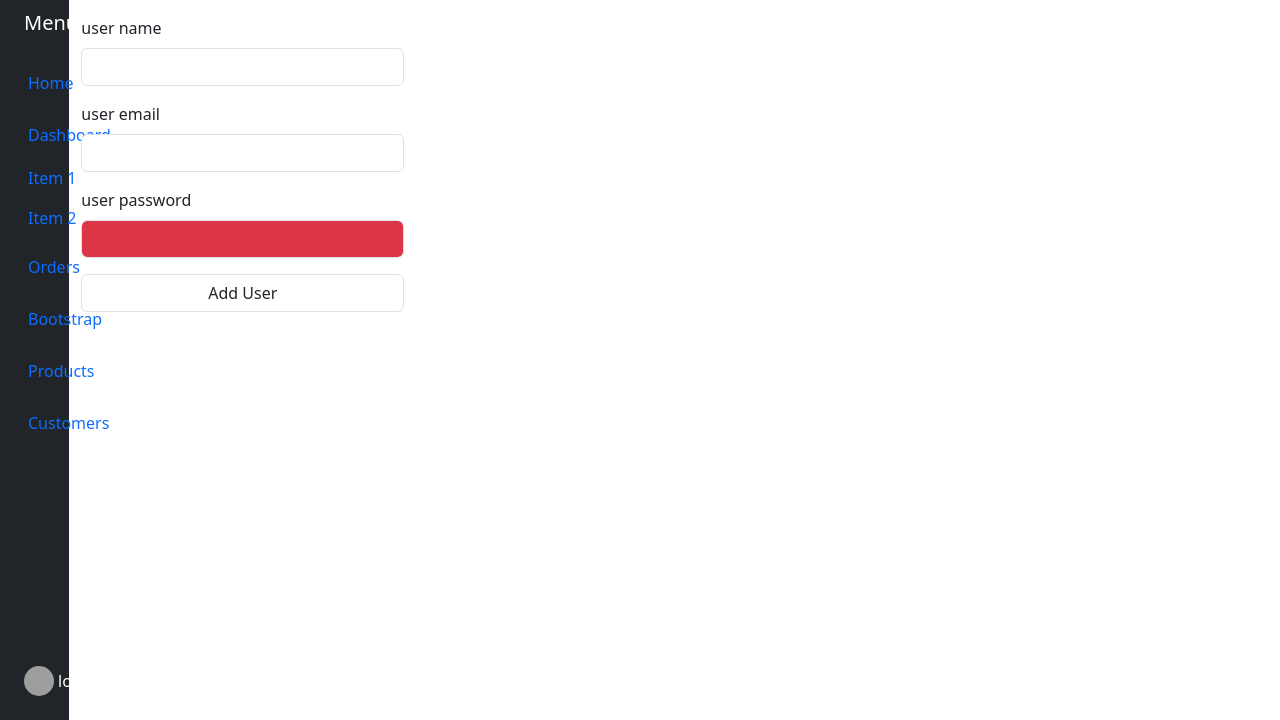
Repository: HadelAbdellatif/ReactApp3
Page: /user/create
These files come from the project's save history. The page is drawn as it stood at one moment and after the next save; the edit follows.
The browser window is 1280 px wide. The pictures show the whole page.
Pictures or frames that could not be fetched are drawn as grey boxes. The project was rebuilt for these pictures with package versions that can differ from the ones it lists, and the page was loaded fresh each time. Also part of the build but not shown: vite.config.js, src/components/users/Index.jsx.

Above is the page before, as saved 2023-11-08 18:24:51.

### src/main.jsx
import React from 'react'
import ReactDOM from 'react-dom/client'
import { BrowserRouter } from 'react-router-dom'
import '../node_modules/bootstrap/dist/css/bootstrap.min.css'
import '../node_modules/bootstrap/dist/js/bootstrap.bundle.min.js'
import { ToastContainer } from 'react-toastify';
import 'react-toastify/dist/ReactToastify.css';


import App from './App.jsx'
import './index.css'

ReactDOM.createRoot(document.getElementById('root')).render(
  <BrowserRouter>
    <ToastContainer />
    <App />
  </BrowserRouter>
)

### src/App.jsx
import React from 'react'
import { Routes, Route} from 'react-router-dom'
import Index from './components/users/Index.jsx'
import Create from './components/users/Create.jsx'

export default function App() {
  return (
    <Routes>
      <Route path='/' />
      <Route path='/user/index' element={<Index />} />
      <Route path='/user/create' element={<Create />} />
    </Routes>
  )
}

### src/components/users/Create.jsx
import axios from 'axios';
import React, { useState } from 'react'
import { useNavigate } from 'react-router-dom';
import { toast } from 'react-toastify';
import Input from '../../shared/Input.jsx';


export default function Create() {

    const navigate = useNavigate();

    let [user, setUser] = useState({
        name: '',
        email: '',
        password: ''
    });


    const handelData = (e) =>{
        const {name, value} = e.target;
        setUser({...user, [name]:value});
        console.log(user);
    }

    const sendData = async(e) =>{
        e.preventDefault();
        const {data} = await axios.post("https://crud-users-gold.vercel.app/users/", user);
        console.log(data);
        if(data.message == 'success'){
            toast.success("user added successfully");
            navigate('/user/index');
        }
    }

    return (
        <div className="container-fluid">
            <div className="row flex-nowrap">
                <div className="col-auto col-md-3 col-xl-2 px-sm-2 px-0 bg-dark">
                    <div className="d-flex flex-column align-items-center align-items-sm-start px-3 pt-2 text-white min-vh-100">
                        <a href="/" className="d-flex align-items-center pb-3 mb-md-0 me-md-auto text-white text-decoration-none">
                            <span className="fs-5 d-none d-sm-inline">Menu</span>
                        </a>
                        <ul className="nav nav-pills flex-column mb-sm-auto mb-0 align-items-center align-items-sm-start" id="menu">
                            <li className="nav-item">
                                <a href="#" className="nav-link align-middle px-0">
                                    <i className="fs-4 bi-house" /> <span className="ms-1 d-none d-sm-inline">Home</span>
                                </a>
                            </li>
                            <li>
                                <a href="#submenu1" data-bs-toggle="collapse" className="nav-link px-0 align-middle">
                                    <i className="fs-4 bi-speedometer2" /> <span className="ms-1 d-none d-sm-inline">Dashboard</span> </a>
                                <ul className="collapse show nav flex-column ms-1" id="submenu1" data-bs-parent="#menu">
                                    <li className="w-100">
                                        <a href="#" className="nav-link px-0"> <span className="d-none d-sm-inline">Item</span> 1 </a>
                                    </li>
                                    <li>
                                        <a href="#" className="nav-link px-0"> <span className="d-none d-sm-inline">Item</span> 2 </a>
                                    </li>
                                </ul>
                            </li>
                            <li>
                                <a href="#" className="nav-link px-0 align-middle">
                                    <i className="fs-4 bi-table" /> <span className="ms-1 d-none d-sm-inline">Orders</span></a>
                            </li>
                            <li>
                                <a href="#submenu2" data-bs-toggle="collapse" className="nav-link px-0 align-middle ">
                                    <i className="fs-4 bi-bootstrap" /> <span className="ms-1 d-none d-sm-inline">Bootstrap</span></a>
                                <ul className="collapse nav flex-column ms-1" id="submenu2" data-bs-parent="#menu">
                                    <li className="w-100">
                                        <a href="#" className="nav-link px-0"> <span className="d-none d-sm-inline">Item</span> 1</a>
                                    </li>
                                    <li>
                                        <a href="#" className="nav-link px-0"> <span className="d-none d-sm-inline">Item</span> 2</a>
                                    </li>
                                </ul>
                            </li>
                            <li>
                                <a href="#submenu3" data-bs-toggle="collapse" className="nav-link px-0 align-middle">
                                    <i className="fs-4 bi-grid" /> <span className="ms-1 d-none d-sm-inline">Products</span> </a>
                                <ul className="collapse nav flex-column ms-1" id="submenu3" data-bs-parent="#menu">
                                    <li className="w-100">
                                        <a href="#" className="nav-link px-0"> <span className="d-none d-sm-inline">Product</span> 1</a>
                                    </li>
                                    <li>
                                        <a href="#" className="nav-link px-0"> <span className="d-none d-sm-inline">Product</span> 2</a>
                                    </li>
                                    <li>
                                        <a href="#" className="nav-link px-0"> <span className="d-none d-sm-inline">Product</span> 3</a>
                                    </li>
                                    <li>
                                        <a href="#" className="nav-link px-0"> <span className="d-none d-sm-inline">Product</span> 4</a>
                                    </li>
                                </ul>
                            </li>
                            <li>
                                <a href="#" className="nav-link px-0 align-middle">
                                    <i className="fs-4 bi-people" /> <span className="ms-1 d-none d-sm-inline">Customers</span> </a>
                            </li>
                        </ul>
                        <hr />
                        <div className="dropdown pb-4">
                            <a href="#" className="d-flex align-items-center text-white text-decoration-none dropdown-toggle" id="dropdownUser1" data-bs-toggle="dropdown" aria-expanded="false">
                                <img src="https://github.com/mdo.png" alt="hugenerd" width={30} height={30} className="rounded-circle" />
                                <span className="d-none d-sm-inline mx-1">loser</span>
                            </a>
                            <ul className="dropdown-menu dropdown-menu-dark text-small shadow">
                                <li><a className="dropdown-item" href="#">New project...</a></li>
                                <li><a className="dropdown-item" href="#">Settings</a></li>
                                <li><a className="dropdown-item" href="#">Profile</a></li>
                                <li>
                                    <hr className="dropdown-divider" />
                                </li>
                                <li><a className="dropdown-item" href="#">Sign out</a></li>
                            </ul>
                        </div>
                    </div>
                </div>
                <div className="col py-3">
                    <form onSubmit={sendData}>
                        < Input id={'name'} title={'user name'} type={'text'} name={'name'} handelData={handelData} />

                        < Input id={'email'} title={'user email'} type={'email'} name={'email'} handelData={handelData} />

                        < Input id={'password'} title={'user password'} type={'password'} name={'password'} customClass="bg-danger" handelData={handelData} />

                        <div className="mb-3">
                            <input type='submit' className='form-control' value='Add User' />
                        </div>
                    </form>
                </div>
            </div>
        </div>
    )

}

### src/shared/Input.jsx
import React from 'react'

export default function Input({id, title, type, handelData, name, customClass}) {

  return (
<div className="mb-3">
    <label htmlFor={id} className="form-label">{title}</label>
    <input type={type} name={name} className={`form-control ${customClass}`} id={id} onChange={handelData}/>
    </div>
    )
}

Loaded but not shown: index.html (common file); src/index.css (common file)

After the next save:
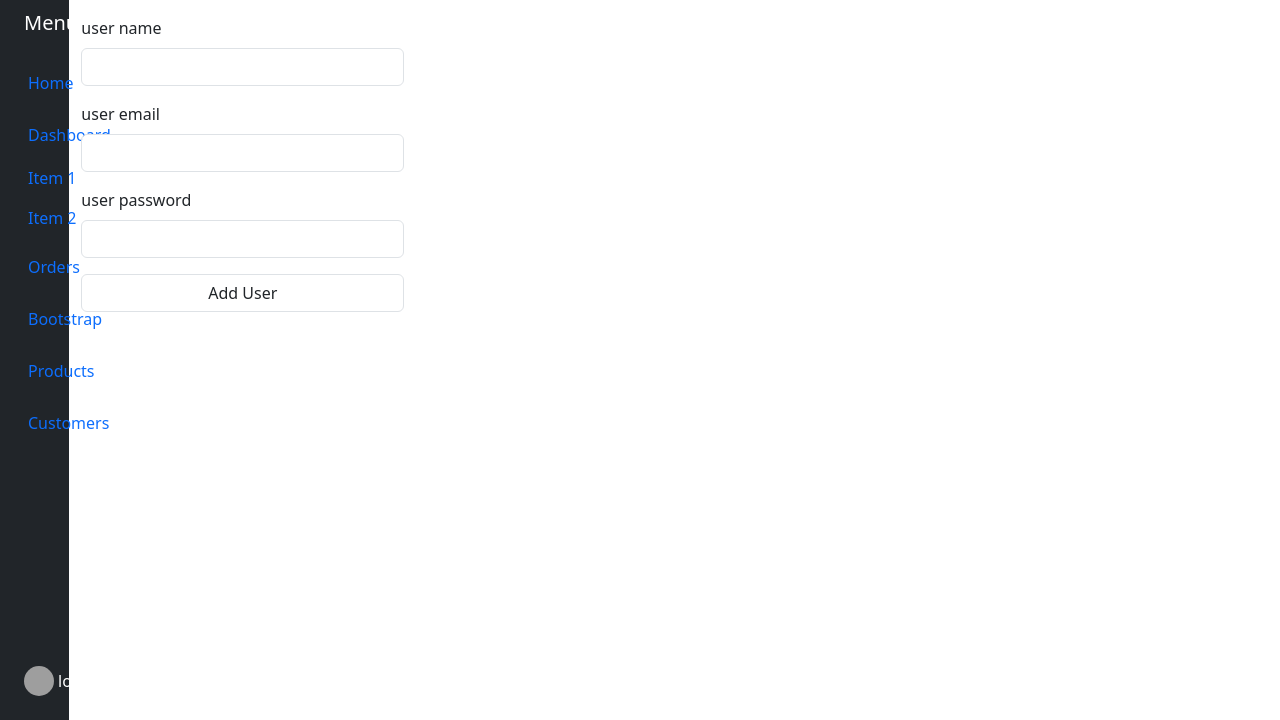
Saved 20 s later.
--- a/src/components/users/Create.jsx
+++ b/src/components/users/Create.jsx
@@ -121,7 +121,7 @@
 
                         < Input id={'email'} title={'user email'} type={'email'} name={'email'} handelData={handelData} />
 
-                        < Input id={'password'} title={'user password'} type={'password'} name={'password'} customClass="bg-danger" handelData={handelData} />
+                        < Input id={'password'} title={'user password'} type={'password'} name={'password'} customClass="bg-note" handelData={handelData} />
 
                         <div className="mb-3">
                             <input type='submit' className='form-control' value='Add User' />

After the 2 saves that followed:
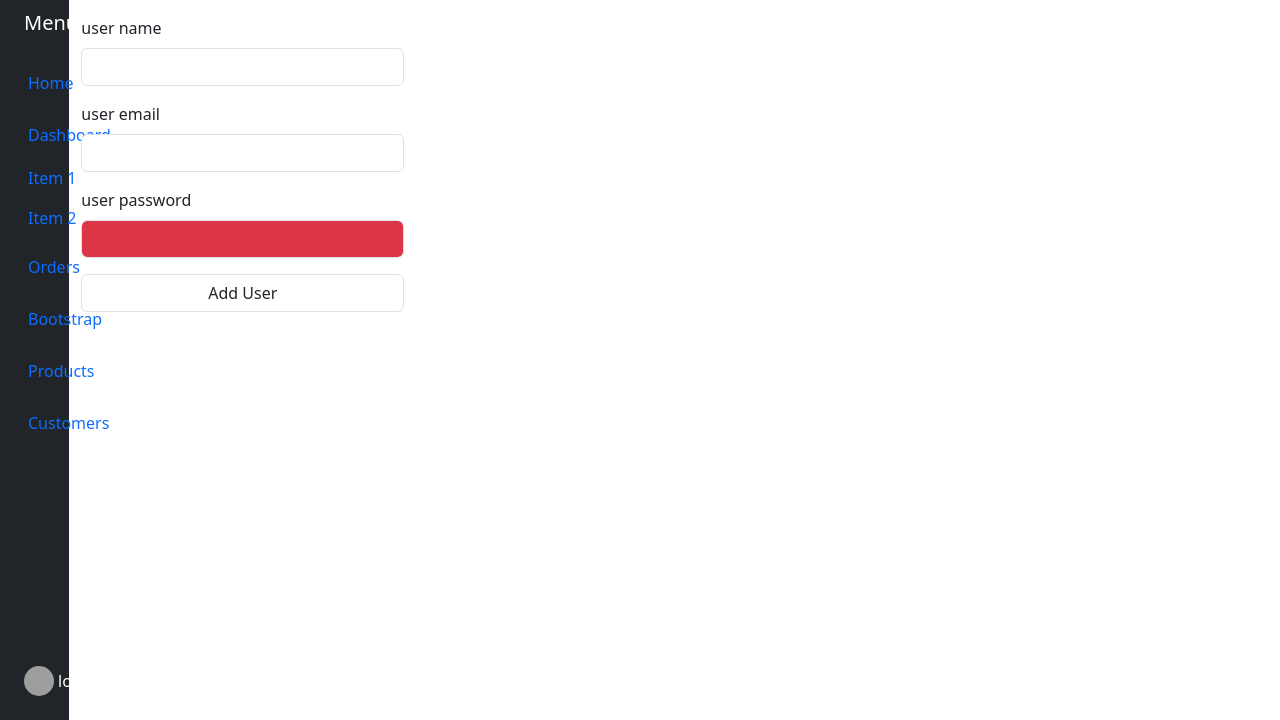
The 2 saves are shown as one change because they came seconds apart.
The last was saved 21 s later.
--- a/src/components/users/Create.jsx
+++ b/src/components/users/Create.jsx
@@ -121,7 +121,7 @@
 
                         < Input id={'email'} title={'user email'} type={'email'} name={'email'} handelData={handelData} />
 
-                        < Input id={'password'} title={'user password'} type={'password'} name={'password'} customClass="bg-note" handelData={handelData} />
+                        < Input id={'password'} title={'user password'} type={'password'} name={'password'} customClass="bg-danger" handelData={handelData} />
 
                         <div className="mb-3">
                             <input type='submit' className='form-control' value='Add User' />
